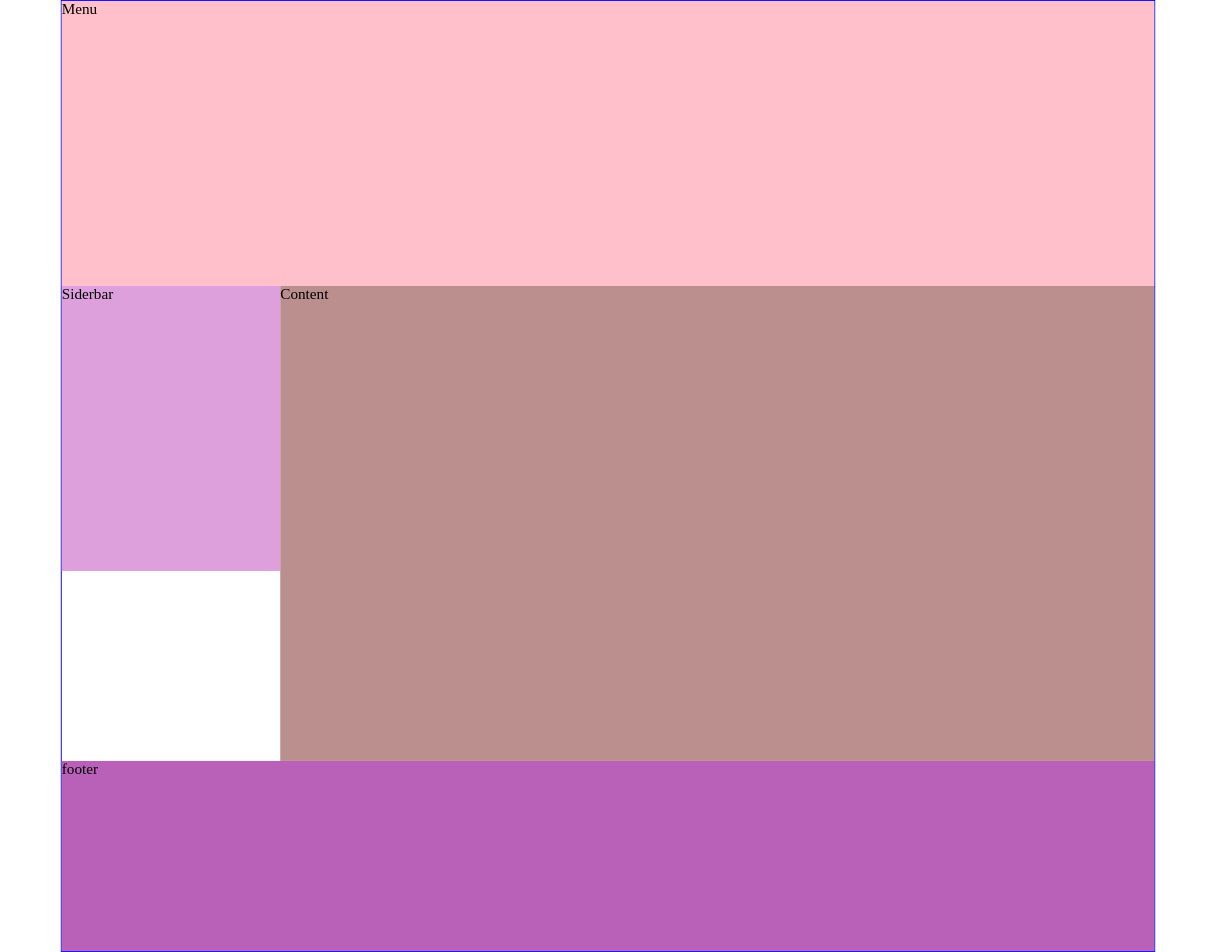
Repository: cvTuananh/Wed-famework
Page: Lab04/lab04/demo05.html
An editor plug-in stored every save of this project. The page is shown before and after the next save, followed by the edit.
The browser window is 1280 px wide. The pictures show the whole page, at 95% of full size.

Above is the page before, as saved 2021-09-28 19:46:14.

### Lab04/lab04/demo05.html
<!DOCTYPE html>
<html lang="en">
<head>
    <meta charset="UTF-8">
    <meta http-equiv="X-UA-Compatible" content="IE=edge">
    <meta name="viewport" content="width=device-width, initial-scale=1.0">
    <title>layout2</title>
    <link rel="stylesheet" type="text/css" href="./css/demo05.css">
</head>
<body>
    <div class="container">
        <nav>Menu</nav>
        <aside>Siderbar</aside>
        <article>Content</article>
        <footer>footer</footer>
    </div>
</body>
</html>

### Lab04/lab04/css/demo05.css
*{
    padding: 0;
    margin: 0;
    box-sizing: border-box;
}
.container{
    width: 90%;
    margin: 0 auto;
    border: 1px solid blue;
}
nav{
    background-color: pink;
    height: 300px;
}
aside{
    background-color: plum;
    height: 300px;
    width: 20%;
    float: left;
}
article{
    background-color: rosybrown;
    height: 500px;
    width: 80%;
    float: left;
}

footer{
    background-color: rgb(185, 96, 185);
    height: 200px;
    clear: both;
    mar
}

After the next save:
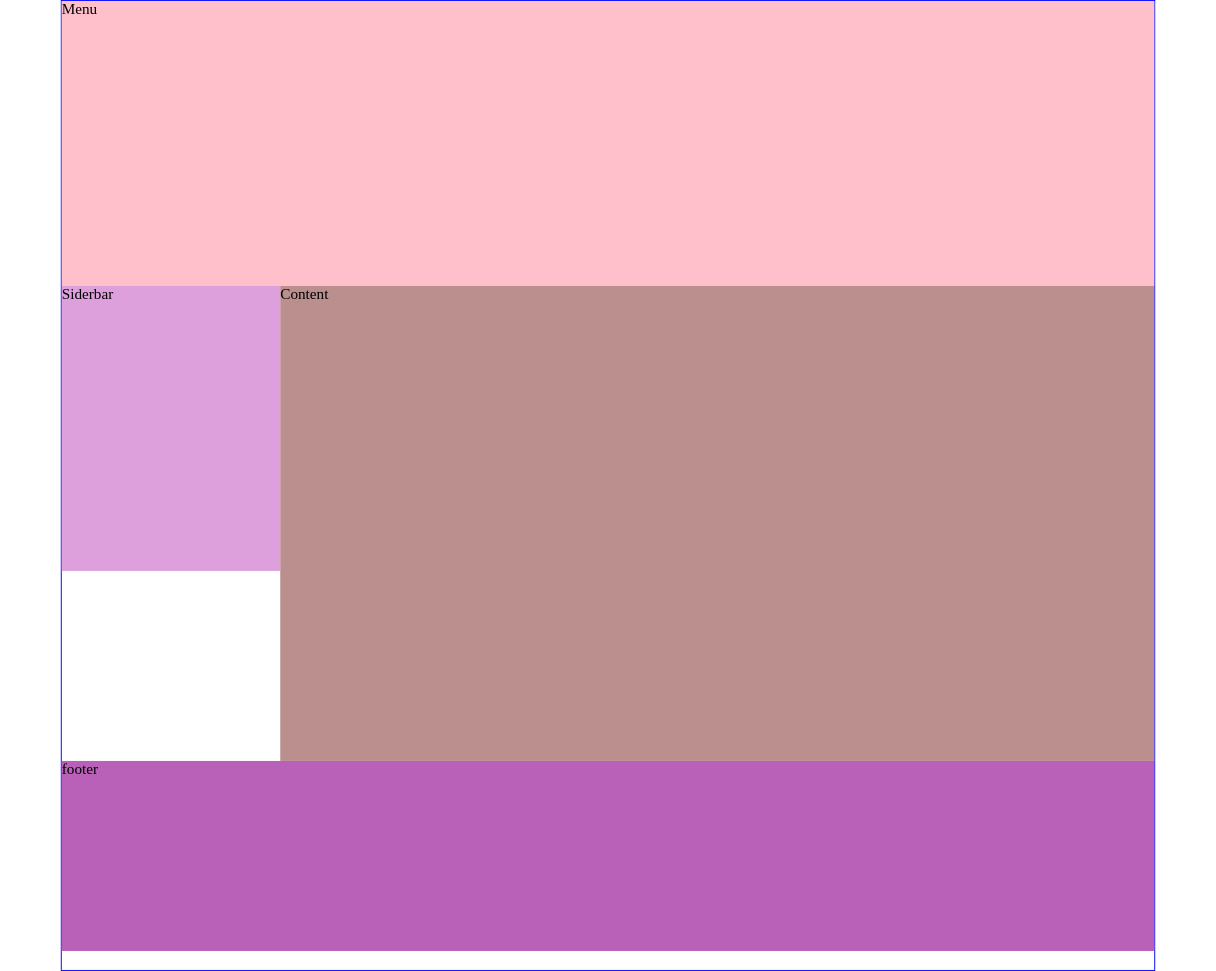
Saved 4 s later.
--- a/Lab04/lab04/css/demo05.css
+++ b/Lab04/lab04/css/demo05.css
@@ -29,5 +29,5 @@
     background-color: rgb(185, 96, 185);
     height: 200px;
     clear: both;
-    mar
+    margin-bottom: 20px;
 }

After the save that followed:
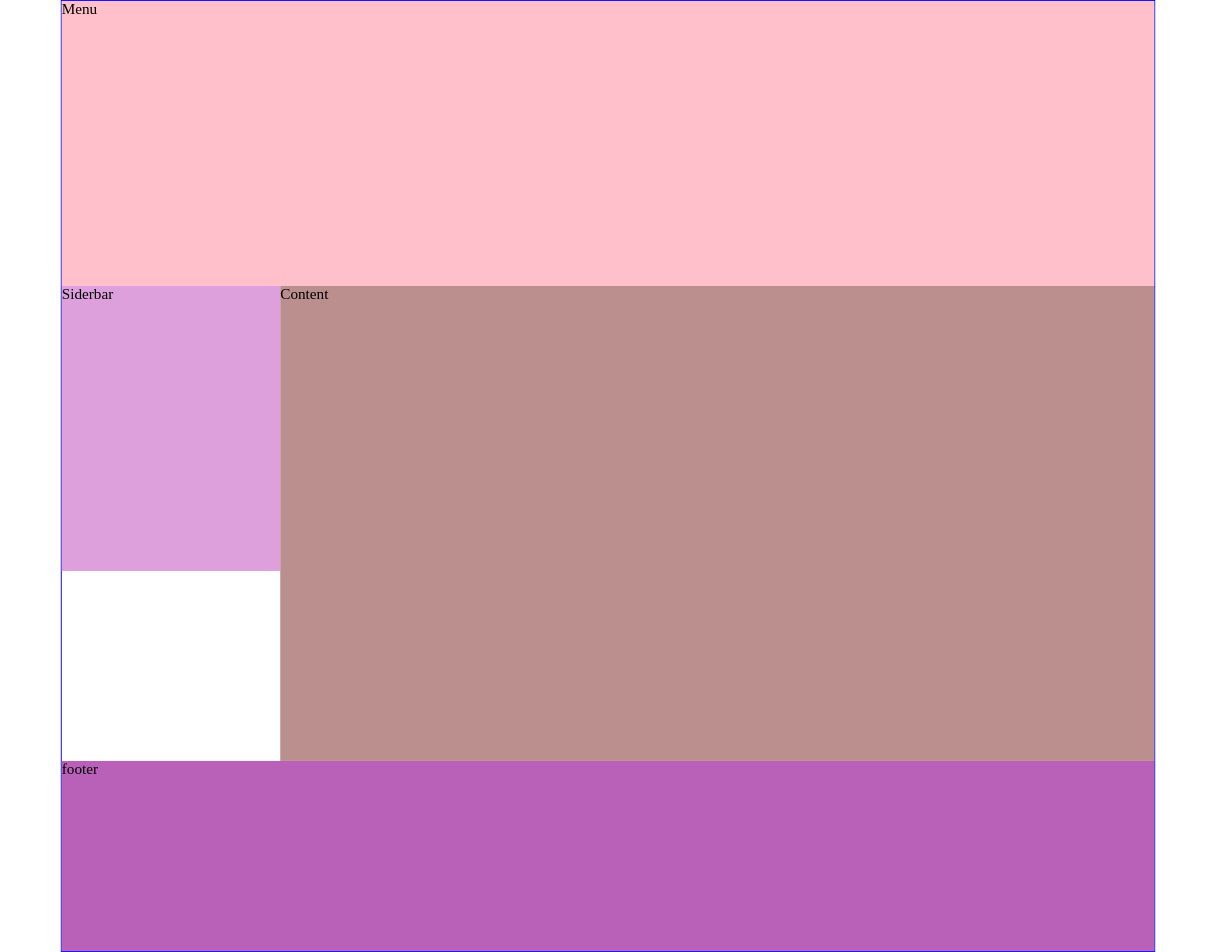
Saved 14 s later.
--- a/Lab04/lab04/css/demo05.css
+++ b/Lab04/lab04/css/demo05.css
@@ -29,5 +29,4 @@
     background-color: rgb(185, 96, 185);
     height: 200px;
     clear: both;
-    margin-bottom: 20px;
 }
